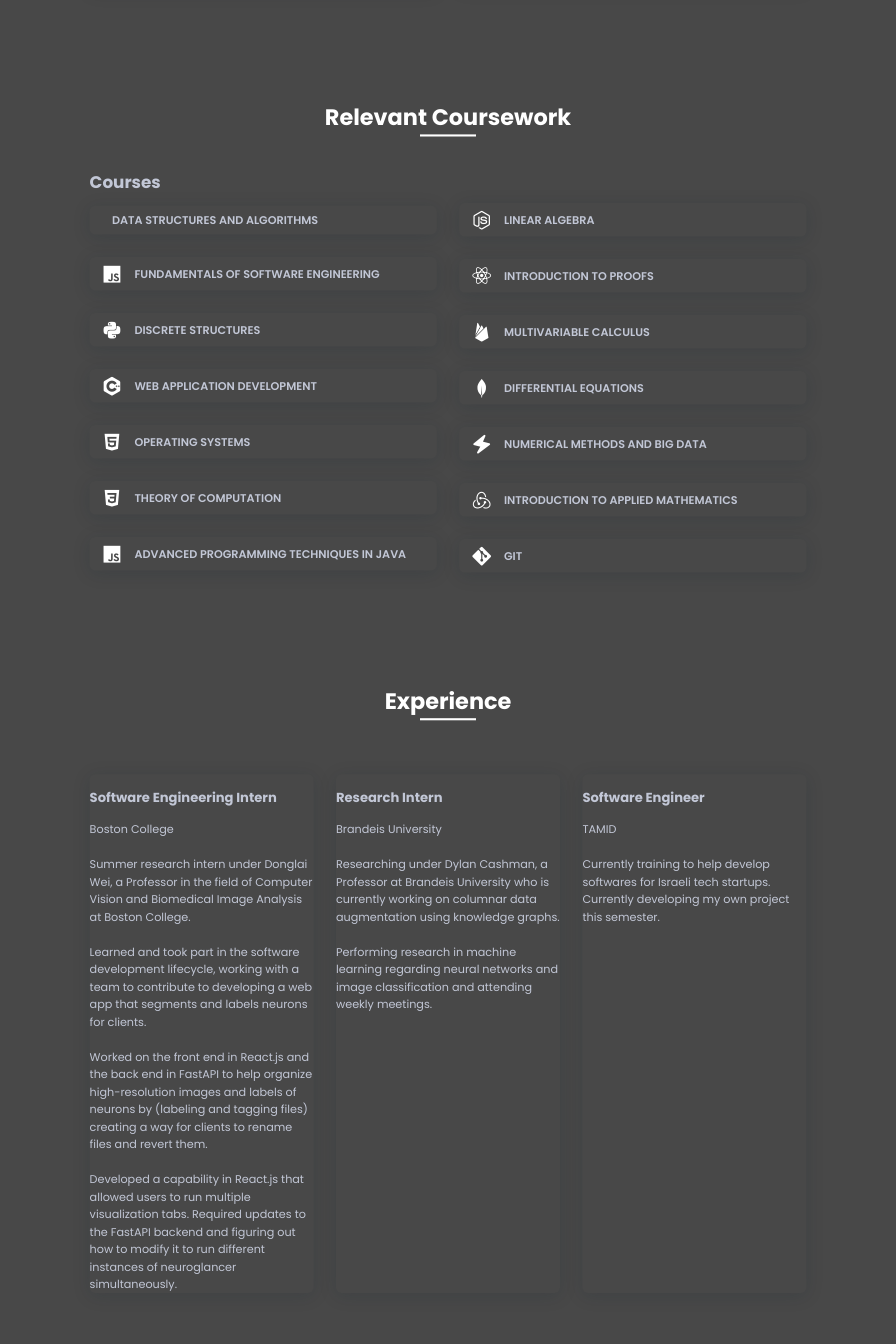
Repository: joshliu14/joshliu14.github.io
Page: index.html
An editor plug-in stored every save of this project. The page is shown before and after the next save, followed by the edit.
The browser window is 1280 px wide. The pictures show the part of the page from y = 2100 to 4020 px (the page is 5569 px tall before and 5565 px after), at 70% of full size.

Above is the page before, as saved 2024-02-01 01:39:42.

After the next save:
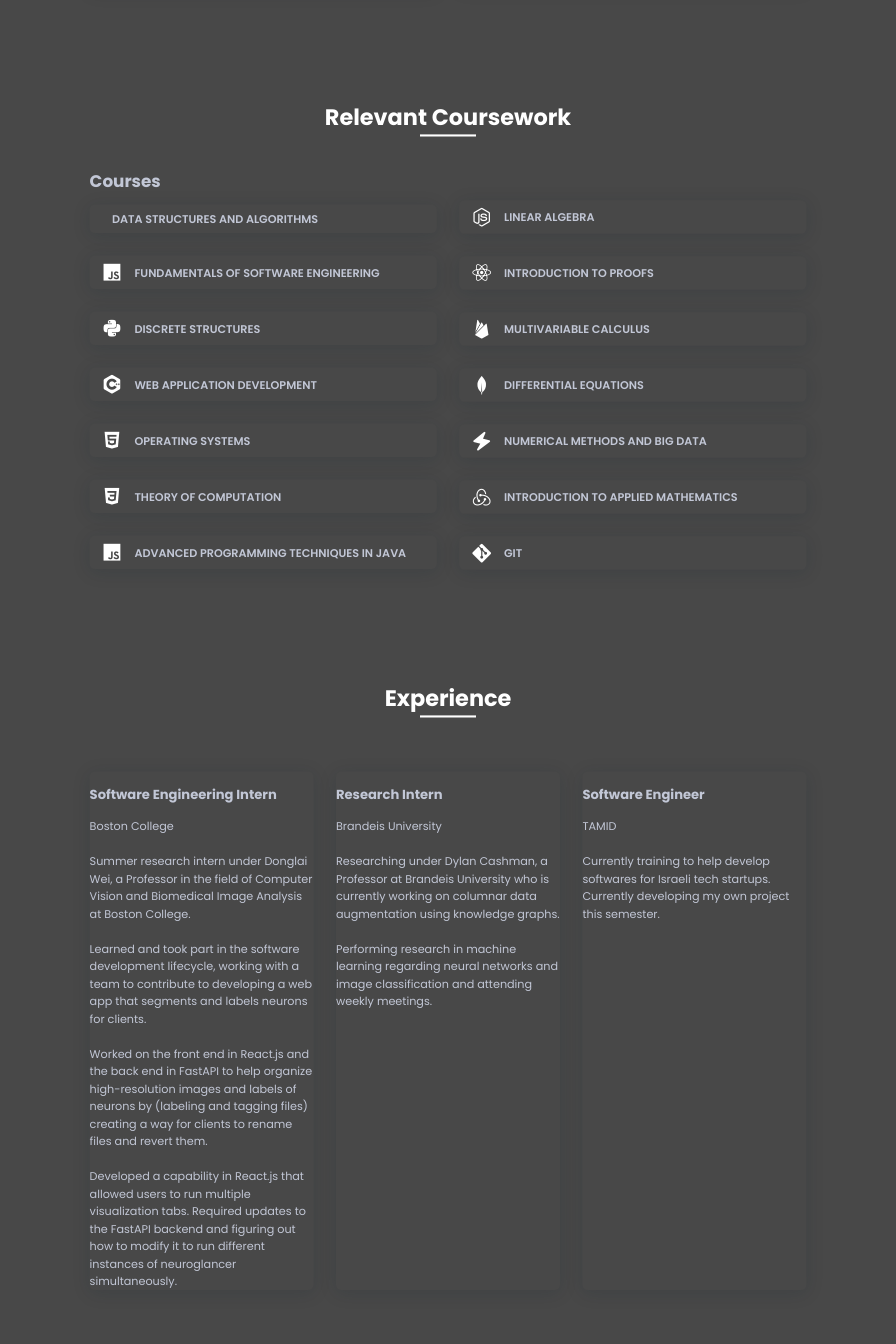
Saved 16 s later.
--- a/assets/css/web.css
+++ b/assets/css/web.css
@@ -264,7 +264,7 @@ img {
   margin-top: 210px;
 }
 .courses__column2 {
-  margin-top: 50px;
+  margin-top: 46px;
 }
 .skills__subtitle {
   margin-bottom: var(--mb-2);
